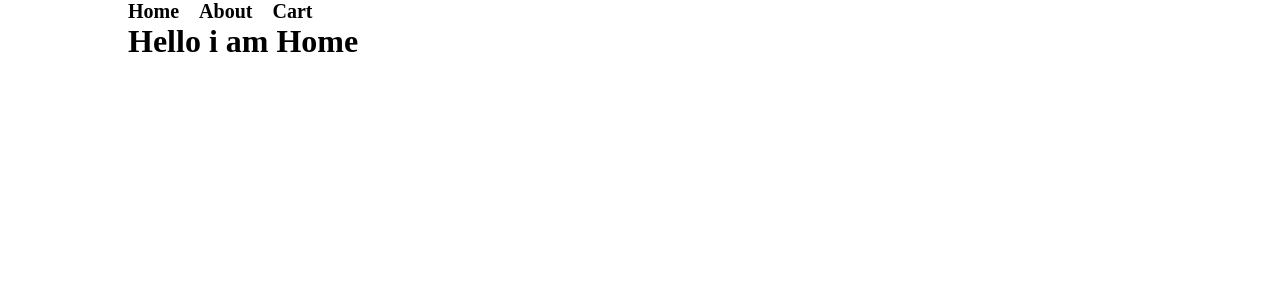
Repository: tuankiet10920/vuejs
Page: /
An editor plug-in stored every save of this project. The page is shown before and after the next save, followed by the edit.
The browser window is 1280 px wide. The pictures show the whole page.
The project was rebuilt for these pictures with package versions that can differ from the ones it lists, and the page was loaded fresh each time. Also part of the build but not shown: vite.config.js.

Above is the page before, as saved 2024-08-24 11:30:11.

After the next save:
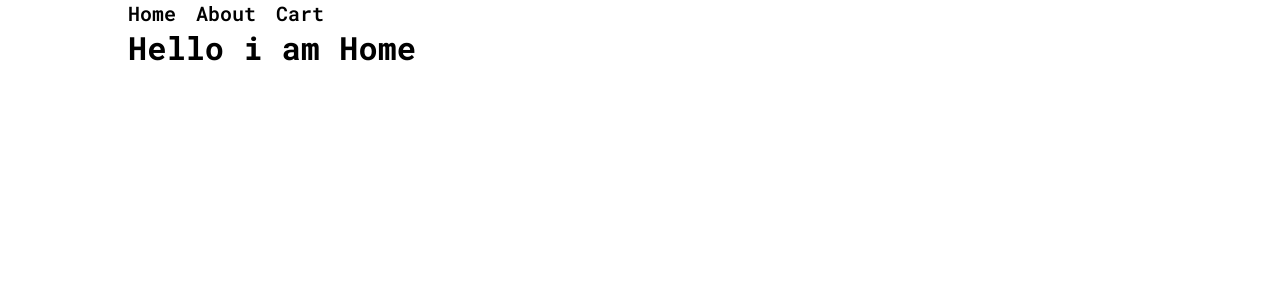
Saved 32 s later.
--- a/index.html
+++ b/index.html
@@ -19,6 +19,8 @@
       box-sizing: border-box;
       list-style: none;
       text-decoration: none;
+      font-family: "Roboto Mono", monospace;
+      font-style: normal;
     }
 
     .roboto-mono {
